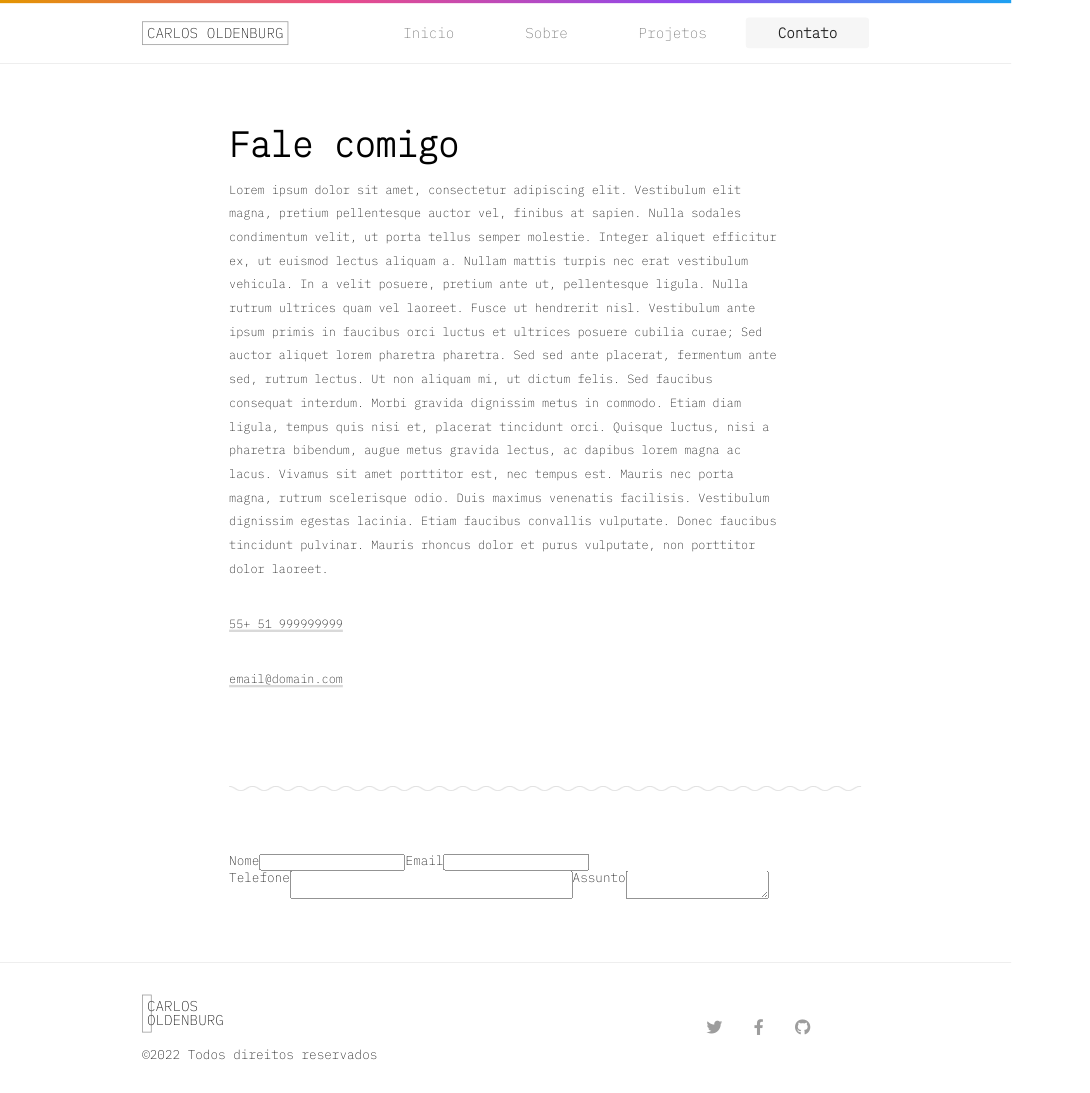
Repository: Carolden/PortfolioCrie
Page: contact.html
An editor plug-in stored every save of this project. The page is shown before and after the next save, followed by the edit.
The browser window is 1280 px wide. The page is 1380 px wide, so the pictures cover 1380 px, including what lies to the right of the window. The pictures show the whole page, at 79% of full size.

Above is the page before, as saved 2023-05-25 13:04:24.

After the next save:
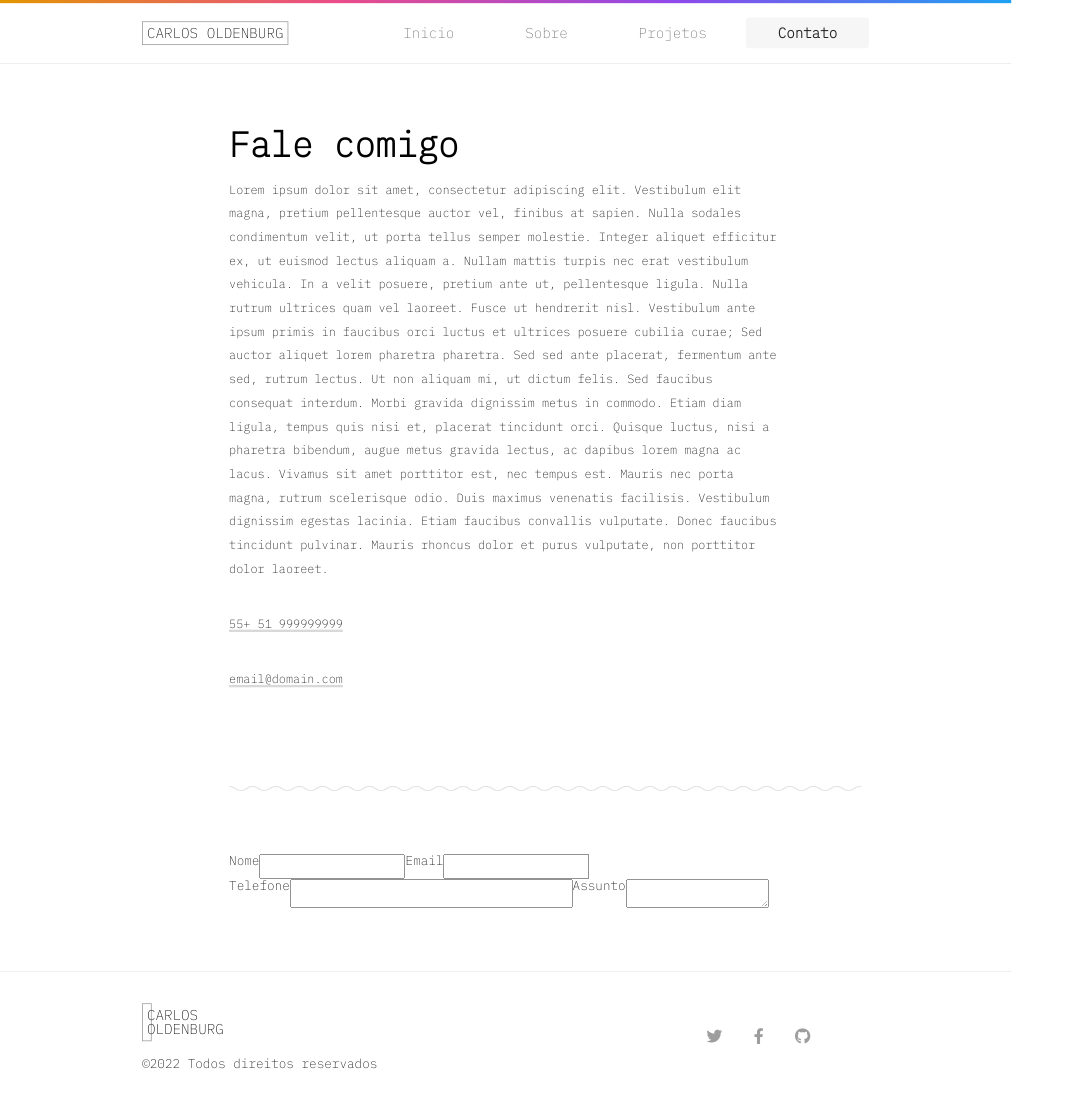
Saved 37 s later.
--- a/contact.html
+++ b/contact.html
@@ -87,7 +87,7 @@
         <form action="">
         <div class="contactrow">
 
-                <label for="nome">Nome</label><br>
+                <label for="nome">Nome</label><br><br>
                 <input id="nome" type="text" class="input" class="contactcolumn">
 
                 <label for="email">Email</label><br>

After the save that followed:
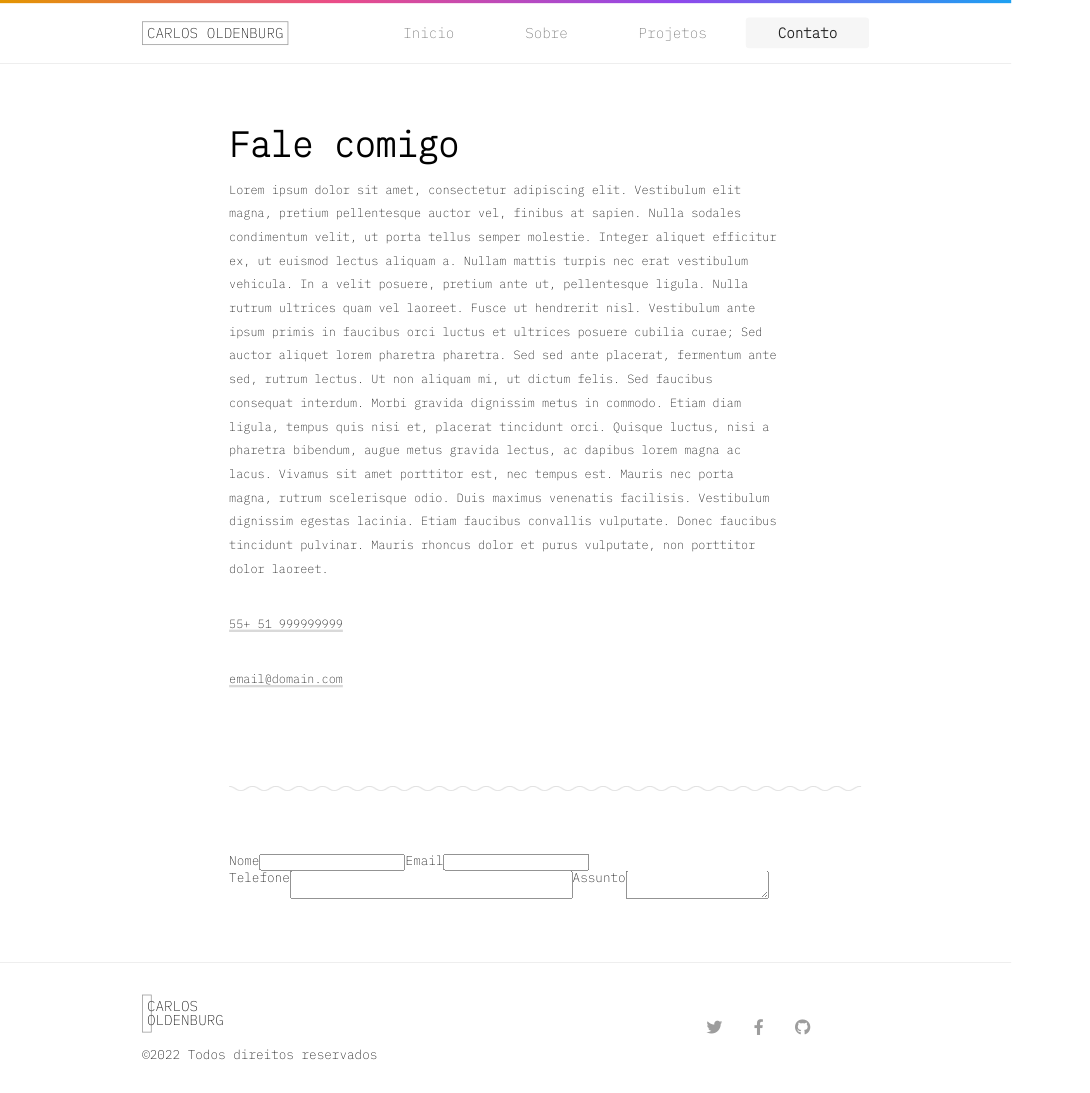
Saved 20 s later.
--- a/contact.html
+++ b/contact.html
@@ -87,7 +87,7 @@
         <form action="">
         <div class="contactrow">
 
-                <label for="nome">Nome</label><br><br>
+                <label for="nome">Nome</label><br>
                 <input id="nome" type="text" class="input" class="contactcolumn">
 
                 <label for="email">Email</label><br>
